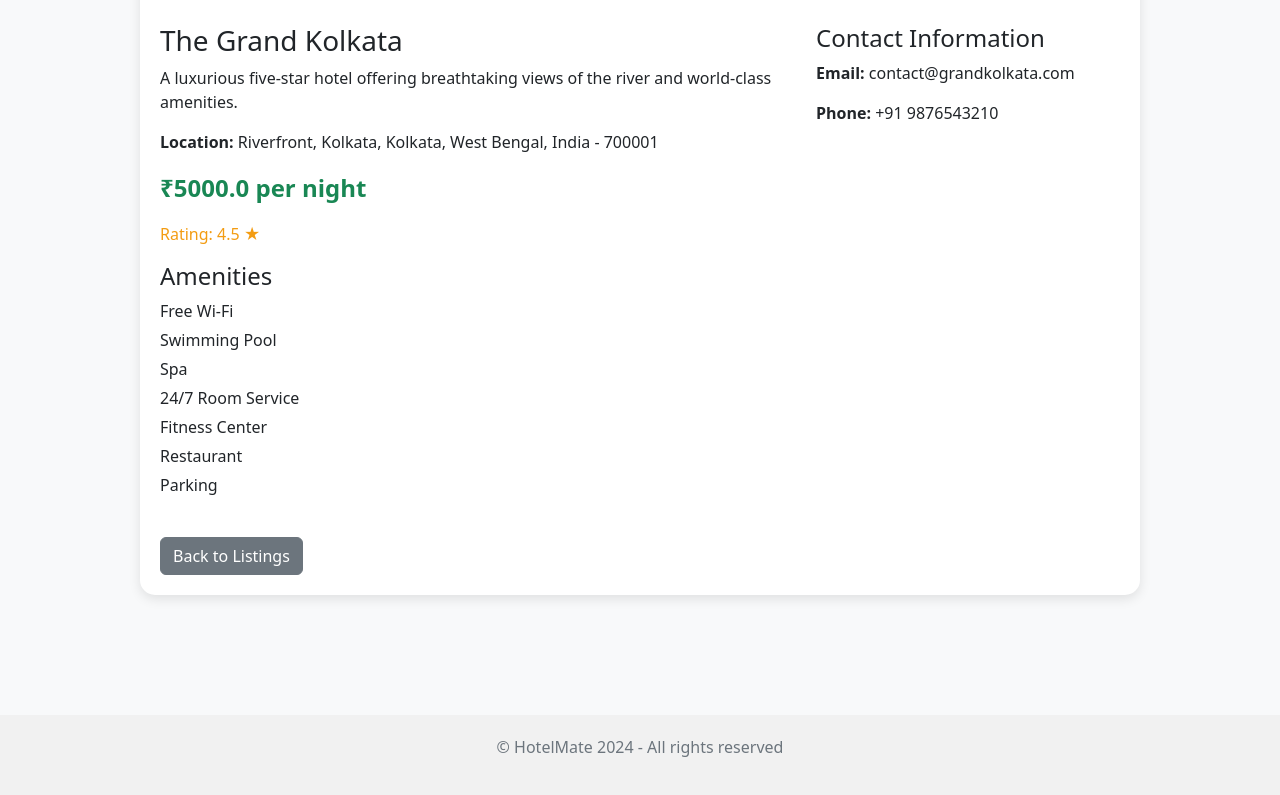
Repository: himanshu2k23/HoteMate
Page: http://localhost/HotelMate/details.jsp
These files come from the project's save history. The page is drawn as it stood at one moment and after the next save; the edit follows.
The browser window is 1280 px wide. The pictures show the part of the page from y = 602 to 1397 px (the page is 1397 px tall before and 1317 px after).
The page is served by Tomcat 10. Other server files are loaded and not shown.

Above is the page before, as saved 2025-01-13 18:53:11.

### HotelMate/src/main/webapp/details.jsp
<%@ page contentType="text/html;charset=UTF-8" language="java"%>
<!DOCTYPE html>
<html lang="en">
<head>
<meta charset="UTF-8">
<meta name="viewport" content="width=device-width, initial-scale=1.0">
<title>Hotel Details - HotelMate</title>
<!-- Bootstrap CSS -->
<link
	href="https://cdn.jsdelivr.net/npm/bootstrap@5.3.0/dist/css/bootstrap.min.css"
	rel="stylesheet">
<style>
body {
	background-color: #f8f9fa;
}

.hotel-details-container {
	max-width: 1000px;
	margin: 120px auto;
	padding: 20px;
	border-radius: 15px;
	box-shadow: 0px 4px 12px rgba(0, 0, 0, 0.1);
	background-color: #fff;
}

.price {
	font-size: 1.5rem;
	font-weight: bold;
	color: #198754;
}

.rating {
	color: #f39c12;
}

.amenities-list {
	list-style-type: none;
	padding: 0;
}

.amenities-list li {
	margin-bottom: 5px;
}

.carousel-item img {
	height: 400px;
	object-fit: cover;
}
</style>
</head>
<body>

	<!-- Navbar -->
	<%@ include file="/Components/navbar.jsp"%>

	<div class="container hotel-details-container">
		<h2 class="mb-4">Hotel Details</h2>

		<%
		// Sample hotel data
		String name = "The Grand Kolkata";
		String description = "A luxurious five-star hotel offering breathtaking views of the river and world-class amenities.";
		String location = "Riverfront, Kolkata";
		String city = "Kolkata";
		String state = "West Bengal";
		String country = "India";
		String zipCode = "700001";
		double pricePerNight = 5000.0;
		float rating = 4.5f;
		String amenities = "Free Wi-Fi, Swimming Pool, Spa, 24/7 Room Service, Fitness Center, Restaurant, Parking";
		String contactEmail = "contact@grandkolkata.com";
		String contactPhone = "+91 9876543210";
		String images = "https://picsum.photos/400/300?random=1, https://picsum.photos/400/300?random=7, https://picsum.photos/400/300?random=8";

		// Split image URLs into an array
		String[] imageUrls = images.split(",");
		%>

		<!-- Carousel for Images -->
		<div id="carousel49" class="carousel slide" data-bs-ride="carousel">
			<div class="carousel-inner">
				<%
				for (int i = 0; i < imageUrls.length; i++) {
					String image = imageUrls[i].trim();
				%>
				<div class="carousel-item <%=(i == 0) ? "active" : ""%>">
					<img src="<%=image%>" class="d-block w-100" alt="<%=name%>">
				</div>
				<%
				}
				%>
			</div>
			<%
			if (imageUrls.length > 1) {
			%>
			<button class="carousel-control-prev" type="button"
				data-bs-target="#carousel49" data-bs-slide="prev">
				<span class="carousel-control-prev-icon" aria-hidden="true"></span>
				<span class="visually-hidden">Previous</span>
			</button>
			<button class="carousel-control-next" type="button"
				data-bs-target="#carousel49" data-bs-slide="next">
				<span class="carousel-control-next-icon" aria-hidden="true"></span>
				<span class="visually-hidden">Next</span>
			</button>
			<%
			}
			%>
		</div>

		<!-- Hotel Information -->
		<div class="row mt-4">
			<div class="col-md-8">
				<h3><%=name%></h3>
				<p><%=description%></p>
				<p>
					<strong>Location:</strong>
					<%=location%>,
					<%=city%>,
					<%=state%>,
					<%=country%>
					-
					<%=zipCode%></p>
				<p class="price">
					₹<%=pricePerNight%>
					per night
				</p>
				<p class="rating">
					Rating:
					<%=rating%>
					★
				</p>

				<h4>Amenities</h4>
				<ul class="amenities-list">
					<%
					String[] amenitiesList = amenities.split(",");
					for (String amenity : amenitiesList) {
						amenity = amenity.trim();
					%>
					<li><%=amenity%></li>
					<%
					}
					%>
				</ul>
			</div>

			<div class="col-md-4">
				<h4>Contact Information</h4>
				<p>
					<strong>Email:</strong>
					<%=contactEmail%></p>
				<p>
					<strong>Phone:</strong>
					<%=contactPhone%></p>
			</div>
		</div>

		<a href="hotelList.jsp" class="btn btn-secondary mt-4">Back to
			Listings</a>
	</div>

	<!-- Footer -->
	<%@ include file="/Components/footer.jsp"%>

	<!-- Bootstrap JS (Popper.js included) -->
	<script
		src="https://cdn.jsdelivr.net/npm/@popperjs/core@2.11.7/dist/umd/popper.min.js"></script>
	<script
		src="https://cdn.jsdelivr.net/npm/bootstrap@5.3.0/dist/js/bootstrap.min.js"></script>
</body>
</html>

### HotelMate/src/main/webapp/Components/navbar.jsp
<nav class="navbar navbar-expand-lg"
	style="background-color: #343a40; border-radius: 15px; padding: 10px 20px; box-shadow: 0px 4px 12px rgba(0, 0, 0, 0.2); margin: 10px; position: fixed; top: 0px; width: calc(100% - 20px); z-index: 1000;">
	<div class="container-fluid">
		<!-- Logo and Brand Name -->
		<a class="navbar-brand text-light d-flex align-items-center"
			href="index.jsp"> <img
			src="http://localhost:8080/HotelMate/Images/HotelmateLogo.png"
			alt="Logo" width="80" height="60"
			class="d-inline-block align-text-top"> <span
			class="nav-link text-light active">HotelMate</span>
		</a>

		<!-- Toggler button for smaller screens -->
		<button class="navbar-toggler" type="button" data-bs-toggle="collapse"
			data-bs-target="#navbarNav" aria-controls="navbarNav"
			aria-expanded="false" aria-label="Toggle navigation"
			style="border-color: #f8f9fa;">
			<span class="navbar-toggler-icon" style="color: #f8f9fa;"></span>
		</button>

		<!-- Navbar Links -->
		<div class="collapse navbar-collapse" id="navbarNav">

			<script>
				// Scroll functionality
				function scrollToFeatures(event) {
					event.preventDefault();
					localStorage.setItem('scrollToFeatures', 'true');
					window.location.href = "index.jsp";
				}

				function scrollToContact(event) {
					event.preventDefault();
					localStorage.setItem('scrollToContact', 'true');
					window.location.href = "index.jsp";
				}

				// Logic to dynamically toggle login/logout
				window.addEventListener('DOMContentLoaded', () => {
					const navRight = document.querySelector('.navbar-nav.ms-auto');
					navRight.innerHTML = ''; // Clear the default buttons

					if (localStorage.getItem('HasLoggedIn') === 'true') {
						// Show dropdown if logged in
						navRight.innerHTML = `
							<li class="nav-item dropdown">
							<a class="nav-link dropdown-toggle text-light" href="#" id="userDropdown" role="button"
							data-bs-toggle="dropdown" aria-expanded="false">
							<i class="bi bi-person-circle" style="font-size: 2rem;"></i>
						</a>

								<ul class="dropdown-menu dropdown-menu-end" aria-labelledby="userDropdown">
									<li><a class="dropdown-item" href="mybookings.jsp">My Bookings</a></li>
									<li><hr class="dropdown-divider"></li>
									<li><a class="dropdown-item" href="#" onclick="logout()">Logout</a></li>
								</ul>
							</li>
						`;
					} else {
						// Show login and signup if not logged in
						navRight.innerHTML = `
							<li class="nav-item"><a class="nav-link login-btn" href="login.jsp">Login</a></li>
							<li class="nav-item"><a class="nav-link signup-btn" href="signup.jsp">Sign Up</a></li>
						`;
					}
				});

				// Logout function
				function logout() {
					localStorage.removeItem('HasLoggedIn');
					window.location.href = 'index.jsp';
				}
			</script>

			<ul class="navbar-nav me-auto">
				<li class="nav-item"><a
					class="nav-link text-light active hover-effect" aria-current="page"
					href="index.jsp">Home</a></li>
				<li class="nav-item"><a
					class="nav-link text-light hover-effect" href="#"
					onclick="scrollToFeatures(event)">Features</a></li>
				<li class="nav-item"><a
					class="nav-link text-light hover-effect" href="HotelDataServlet">Hotels</a></li>
				<li class="nav-item"><a
					class="nav-link text-light hover-effect" href="#"
					onclick="scrollToContact(event)">Contact Us</a></li>
			</ul>

			<!-- Login/Sign Up or Account Dropdown -->
			<ul class="navbar-nav ms-auto gap-3"></ul>
		</div>
	</div>
</nav>

<style>
.hover-effect {
	transition: color 0.3s ease, background-color 0.3s ease;
}

.hover-effect:hover {
	color: #97CC04 !important;
}

.login-btn, .signup-btn {
	background-color: #97CC04;
	color: #fff;
	border-radius: 5px;
	padding: 8px 15px;
	transition: background-color 0.3s ease;
}

.login-btn:hover, .signup-btn:hover {
	background-color: #76b302;
	color: #fff;
}
</style>

### HotelMate/src/main/webapp/Components/footer.jsp
<style>
.footer {
	padding: 20px 0;
	background-color: #f1f1f1;
	text-align: center;
}
</style>

<div class='footer' id="footer">
	<p class="text-center text-secondary">© HotelMate 2024 - All
		rights reserved</p>
</div>

After the next save:
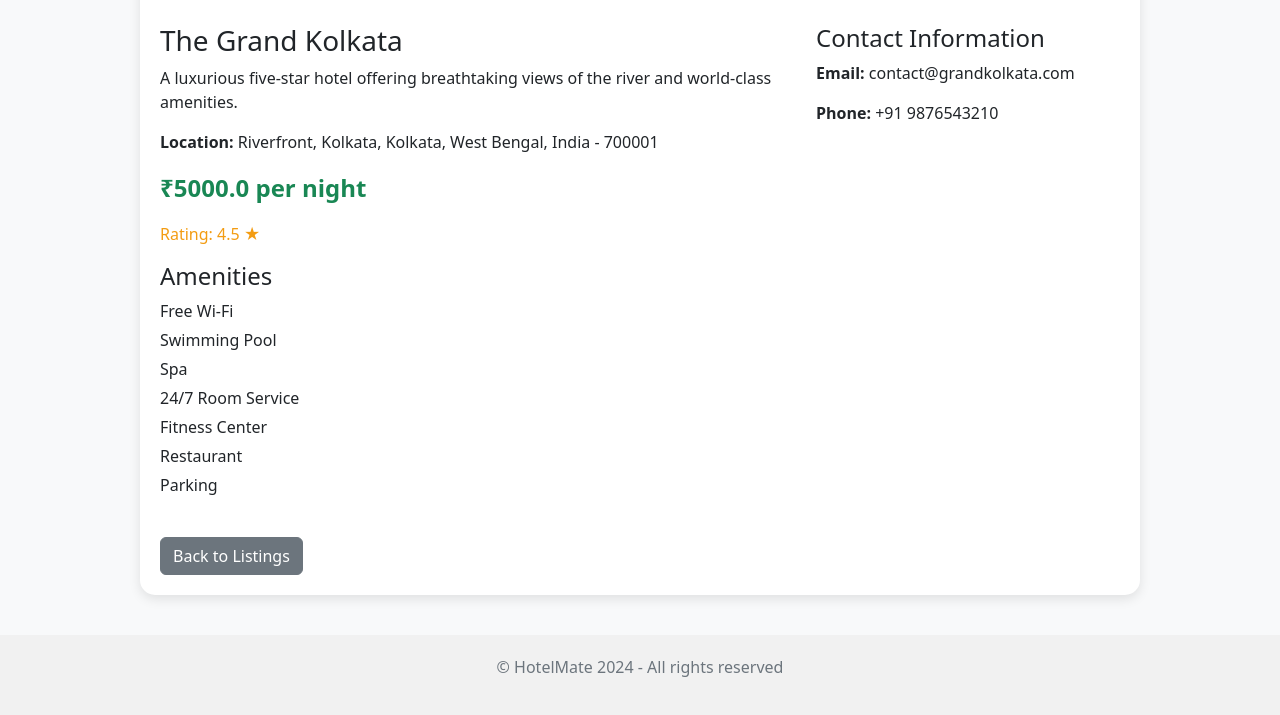
Saved 37 s later.
--- a/HotelMate/src/main/webapp/details.jsp
+++ b/HotelMate/src/main/webapp/details.jsp
@@ -17,6 +17,7 @@ body {
 .hotel-details-container {
 	max-width: 1000px;
 	margin: 120px auto;
+	margin-bottom: 40px;
 	padding: 20px;
 	border-radius: 15px;
 	box-shadow: 0px 4px 12px rgba(0, 0, 0, 0.1);
